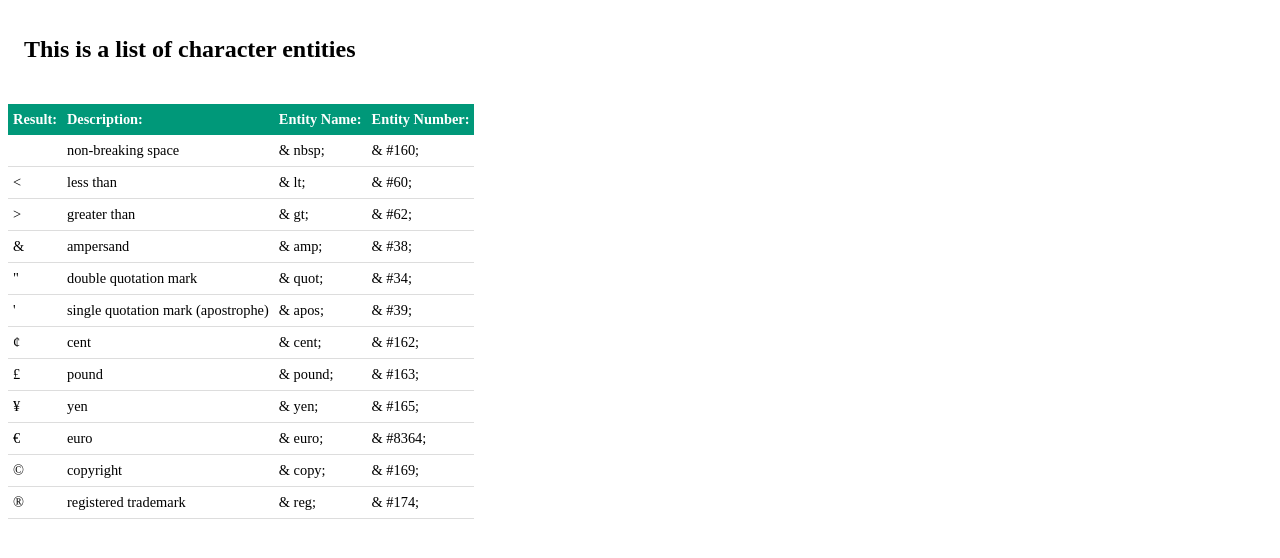
Repository: linas-dev/HTML-CSS-Projects
Page: Basic_HTML_and_CSS/Basic_HTML_5.html
These files come from the project's save history. The page is drawn as it stood at one moment and after the next save; the edit follows.
The browser window is 1280 px wide. The pictures show the whole page.

Above is the page before, as saved 2021-05-30 11:19:09.

After the next save:
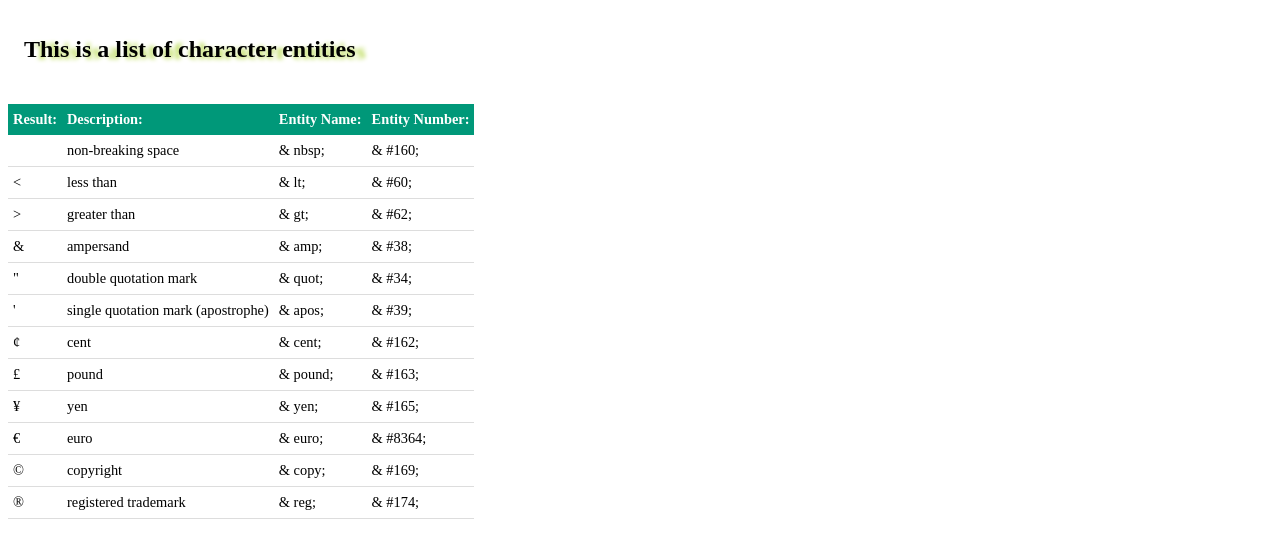
Saved 39 s later.
--- a/Basic_HTML_and_CSS/Basic_CSS_2.css
+++ b/Basic_HTML_and_CSS/Basic_CSS_2.css
@@ -1,5 +1,6 @@
 h2 {
     padding: 1rem;
+    text-shadow: 10px 2px 4px #bada55;
 }
 
 .table {
